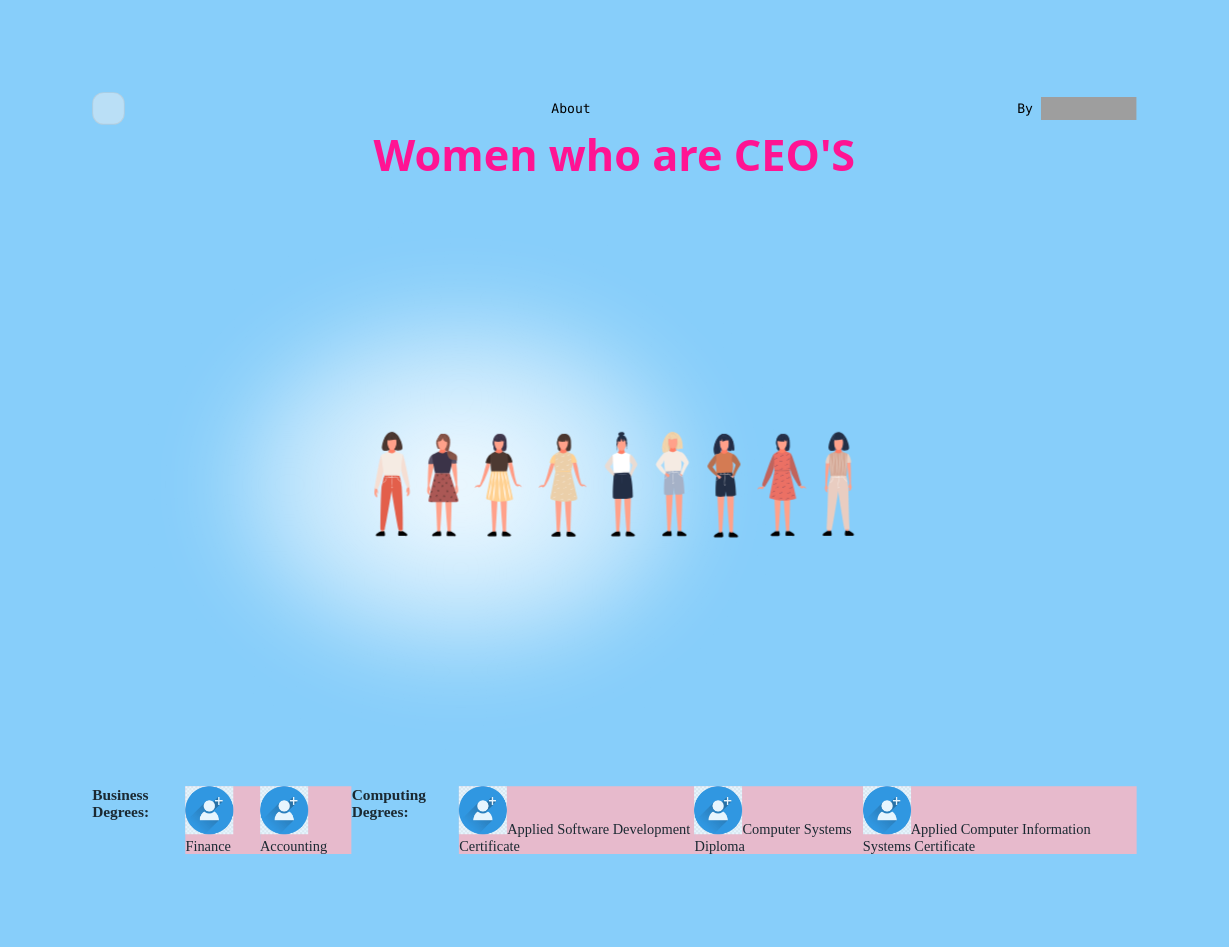
Repository: bguemos/week3example
Page: /
The author's editor kept a copy of each file at every save. The page is drawn from the files as they stood at one save, then again after the next save.
The browser window is 1280 px wide. The pictures show the whole page, at 96% of full size.
Pictures or frames that could not be fetched are drawn as grey boxes. The project was rebuilt for these pictures with package versions that can differ from the ones it lists, and the page was loaded fresh each time. The framework's server and built-in components were replaced by stand-ins that run in the browser. Also part of the build but not shown: next.config.js.

Above is the page before, as saved 2023-01-18 14:14:56.

### pages/index.js
import Head from 'next/head'
import Image from 'next/image'
import { Inter } from '@next/font/google'
import styles from '@/styles/Home.module.css'
import data from '../data/education.json'
import { useState } from 'react'
import Card from '../components/Card'
import Link from 'next/link'

const inter = Inter({ subsets: ['latin'] })

export default function Home() {
    const [information, setInformation] = useState([...data])
     console.log(data);
  return (
    <>
      <Head>
        <title>The Office</title>
        <meta name="description" content="Generated by create next app" />
        <meta name="viewport" content="width=device-width, initial-scale=1" />
        <link rel="icon" href="/favicon.ico" />
      </Head>
      <main className={styles.main}>
        <div className={styles.description}>
          <p>

            <code className={styles.code}></code>
          </p>
          <Link href="About">About</Link>
          <div>
            <a


            >
              By{' '}
              <Image
                src="/vercel.svg"
                alt="Vercel Logo"
                className={styles.vercelLogo}
                width={100}
                height={24}
                priority
              />
            </a>
          </div>
        </div>

        <h1 className={styles.header}> Women who are CEO'S</h1>

        <div className={styles.center}>
          <Image
            className={styles.logo}
            src="/women.svg"
            alt="womanLogo"
            width={500}
            height={500}
            priority
          />


        </div>

        <div className={styles.grid}>
          <b> Business Degrees: </b>
          {information && information.map((info, index) => {
            if(info.department === "Business"){
              return(
                <Card key={index} degree={info.degree} colour="lightPink" font="15px"/>
              )
            }
           })}
           <b> Computing Degrees:</b>
           {information && information.map((info, index) => {
            if(info.department === "Computing"){
              return(
              <Card key={index} degree={info.degree} colour="lightPink" font="15px"/>
              )
            }
            })}
        </div>
      </main>
    </>
  )
}

### styles/Home.module.css
.main {
  display: flex;
  flex-direction: column;
  justify-content: space-between;
  align-items: center;
  padding: 6rem;
  min-height: 100vh;
  background-color: lightskyblue;

}
.label{
  font-size: 15px;
  font-family: system-ui, -apple-system, BlinkMacSystemFont, 'Segoe UI', Roboto, Oxygen, Ubuntu, Cantarell, 'Open Sans', 'Helvetica Neue', sans-serif;
  color: deeppink;
}

.description {
  display: inherit;
  justify-content: inherit;
  align-items: inherit;
  font-size: 0.85rem;
  max-width: var(--max-width);
  width: 100%;
  z-index: 2;
  font-family: var(--font-mono);
}

.description a {
  display: flex;
  justify-content: center;
  align-items: center;
  gap: 0.5rem;
}

.description p {
  position: relative;
  margin: 0;
  padding: 1rem;
  background-color: rgba(var(--callout-rgb), 0.5);
  border: 1px solid rgba(var(--callout-border-rgb), 0.3);
  border-radius: var(--border-radius);
}

.code {
  font-weight: 700;
  font-family: var(--font-mono);
}

.grid {
  display: flex;
  flex-direction: row;
  flex-wrap: nowrap;
  grid-template-columns: repeat(4, minmax(25%, auto));
  width: var(--max-width);
  max-width: 100%;
  opacity: .8;

}

.card {
  padding: 1rem 1.2rem;
  border-radius: var(--border-radius);
  background: rgba(var(--card-rgb), 0);
  border: 1px solid rgba(var(--card-border-rgb), 0);
  transition: background 200ms, border 200ms;
}

.card span {
  display: inline-block;
  transition: transform 200ms;
}

.card h2 {
  font-weight: 600;
  margin-bottom: 0.7rem;
}

.card p {
  margin: 0;
  opacity: 0.6;
  font-size: 0.9rem;
  line-height: 1.5;
  max-width: 30ch;
}

.center {
  display: flex;
  justify-content: center;
  align-items: center;
  position: relative;
  padding: 4rem 0;
}

.center::before {
  background: var(--secondary-glow);
  border-radius: 50%;
  width: 480px;
  height: 360px;
  margin-left: -400px;
}

.center::after {
  background: var(--primary-glow);
  width: 240px;
  height: 180px;
  z-index: -1;
}

.center::before,
.center::after {
  content: '';
  left: 50%;
  position: absolute;
  filter: blur(45px);
  transform: translateZ(0);
}

.logo,
.thirteen {
  position: relative;

}
.header{
  position: relative;
  font-size: 45px;
  font-family: system-ui, -apple-system, BlinkMacSystemFont, 'Segoe UI', Roboto, Oxygen, Ubuntu, Cantarell, 'Open Sans', 'Helvetica Neue', sans-serif;
  color: deeppink;
}

.thirteen::before,
.thirteen::after {
  content: '';
  position: absolute;
  z-index: -1;
}

/* Conic Gradient Animation */
.thirteen::before {
  animation: 6s rotate linear infinite;
  width: 200%;
  height: 200%;
  background: var(--tile-border);
}

/* Inner Square */
.thirteen::after {
  inset: 0;
  padding: 1px;
  border-radius: var(--border-radius);
  background: linear-gradient(
    to bottom right,
    rgba(var(--tile-start-rgb), 1),
    rgba(var(--tile-end-rgb), 1)
  );
  background-clip: content-box;
}

/* Enable hover only on non-touch devices */
@media (hover: hover) and (pointer: fine) {
  .card:hover {
    background: rgba(var(--card-rgb), 0.1);
    border: 1px solid rgba(var(--card-border-rgb), 0.15);
  }

  .card:hover span {
    transform: translateX(4px);
  }
}

@media (prefers-reduced-motion) {
  .thirteen::before {
    animation: none;
  }

  .card:hover span {
    transform: none;
  }
}

/* Mobile */
@media (max-width: 700px) {
  .content {
    padding: 4rem;
  }

  .grid {
    grid-template-columns: 1fr;
    margin-bottom: 120px;
    max-width: 320px;
    text-align: center;
  }

  .card {
    padding: 1rem 2.5rem;
  }

  .card h2 {
    margin-bottom: 0.5rem;
  }

  .center {
    padding: 8rem 0 6rem;
  }

  .center::before {
    transform: none;
    height: 300px;
  }

  .description {
    font-size: 0.8rem;
  }

  .description a {
    padding: 1rem;
  }

  .description p,
  .description div {
    display: flex;
    justify-content: center;
    position: fixed;
    width: 100%;
  }

  .description p {
    align-items: center;
    inset: 0 0 auto;
    padding: 2rem 1rem 1.4rem;
    border-radius: 0;
    border: none;
    border-bottom: 1px solid rgba(var(--callout-border-rgb), 0.25);
    background: linear-gradient(
      to bottom,
      rgba(var(--background-start-rgb), 1),
      rgba(var(--callout-rgb), 0.5)
    );
    background-clip: padding-box;
    backdrop-filter: blur(24px);
  }

  .description div {
    align-items: flex-end;
    pointer-events: none;
    inset: auto 0 0;
    padding: 2rem;
    height: 200px;
    background: linear-gradient(
      to bottom,
      transparent 0%,
      rgb(var(--background-end-rgb)) 40%
    );
    z-index: 1;
  }
}

/* Tablet and Smaller Desktop */
@media (min-width: 701px) and (max-width: 1120px) {
  .grid {
    grid-template-columns: repeat(2, 50%);
  }
}

@media (prefers-color-scheme: dark) {
  .vercelLogo {
    filter: invert(1);
  }

  .logo,
  .thirteen img {
    filter: invert(1) drop-shadow(0 0 0.3rem #ffffff70);
  }
}

@keyframes rotate {
  from {
    transform: rotate(360deg);
  }
  to {
    transform: rotate(0deg);
  }
}

### data/education.json
[
        {
            "studentNumber": "A0004567",
            "firstName": "Person 1",
            "gpa": 3.8,
            "department": "Business",
            "degree": "Finance",
            "graduted": 2014
        },
        {
            "studentNumber": "A0001234",
            "firstName": "Person 2",
            "gpa": 3.5,
            "department": "Business",
            "degree": "Accounting",
            "graduted": 2010
        },
        {
            "studentNumber": "A0007890",
            "firstName": "Person 3",
            "gpa": 3.2,
            "department": "Computing",
            "degree": "Applied Software Development Certificate",
            "graduted": 2018
        },
        {
            "studentNumber": "A0007828",
            "firstName": "Person 4",
            "gpa": 3.9,
            "department": "Computing",
            "degree": "Computer Systems Diploma",
            "graduted": 2021
        },
        {
            "studentNumber": "A0003425",
            "firstName": "Person 5",
            "gpa": 3.2,
            "department": "Computing",
            "degree": "Applied Computer Information Systems Certificate",
            "graduted": 2021
        }
]

### components/Card/index.js
export default function Card({
    degree= "none",
    colour= "purple",
    font = "0",
    image = "icon/personTwo.png"
}) {
    return(
        <div style={{backgroundColor: colour, fontSize:font}}>
         {
            colour === "red" ? <img src={'icon/person.png'} width="50"/> :
            colour === "blue" ? <img src={'icon/personThree.png'} width="50"/>:
                                <img src={image} width="50" />
         }
         {degree}
        </div>
    )
}

Loaded but not shown: pages/_app.js (common file); pages/_document.js (common file); styles/globals.css (common file)

After the next save:
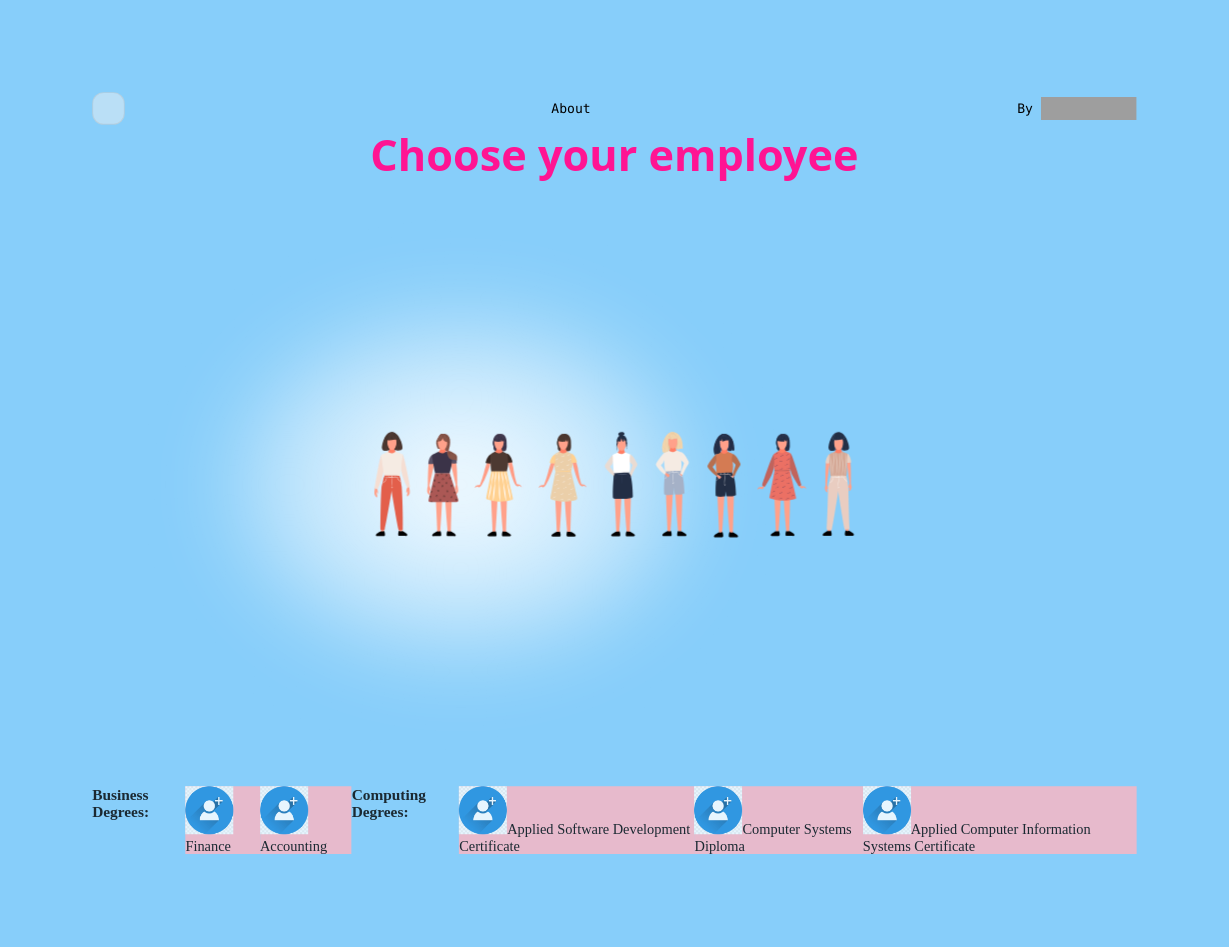
Saved 17 h 56 min later.
--- a/pages/index.js
+++ b/pages/index.js
@@ -45,7 +45,7 @@
           </div>
         </div>
 
-        <h1 className={styles.header}> Women who are CEO'S</h1>
+        <h1 className={styles.header}> Choose your employee</h1>
 
         <div className={styles.center}>
           <Image
